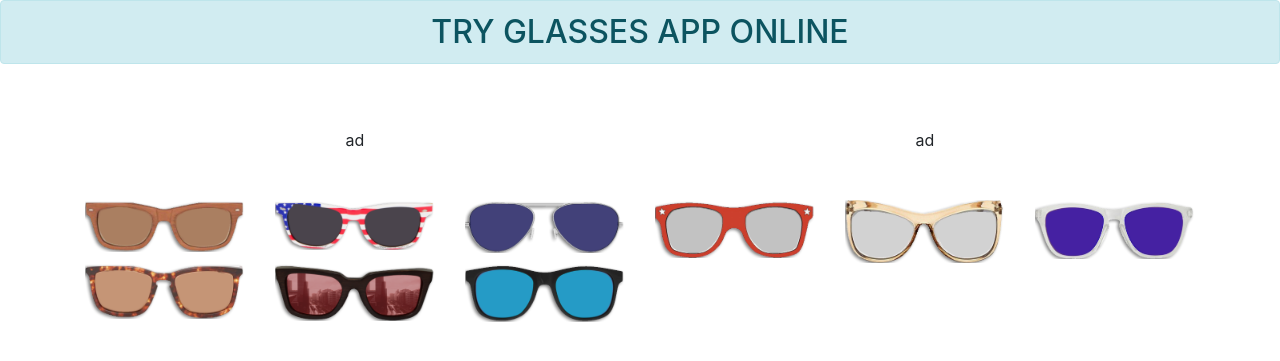
Repository: phongthanhh/ChoseGlass
Page: /
The author's editor kept a copy of each file at every save. The page is drawn from the files as they stood at one save, then again after the next save.
The browser window is 1280 px wide. The pictures show the whole page.
The project was rebuilt for these pictures with package versions that can differ from the ones it lists, and the page was loaded fresh each time.

Above is the page before, as saved 2022-12-25 15:35:13.

### public/index.html
<!DOCTYPE html>
<html lang="en">
  <head>
    <meta charset="utf-8" />
    <link rel="icon" href="%PUBLIC_URL%/favicon.ico" />
    <meta name="viewport" content="width=device-width, initial-scale=1" />
    <meta name="theme-color" content="#000000" />
    <meta
      name="description"
      content="Web site created using create-react-app"
    />

      <!-- Bootstrap CSS -->
      <link rel="stylesheet" href="https://stackpath.bootstrapcdn.com/bootstrap/4.3.1/css/bootstrap.min.css" integrity="sha384-ggOyR0iXCbMQv3Xipma34MD+dH/1fQ784/j6cY/iJTQUOhcWr7x9JvoRxT2MZw1T" crossorigin="anonymous">
    <link rel="apple-touch-icon" href="%PUBLIC_URL%/logo192.png" />
    <!--
      manifest.json provides metadata used when your web app is installed on a
      user's mobile device or desktop. See https://developers.google.com/web/fundamentals/web-app-manifest/
    -->
    <link rel="manifest" href="%PUBLIC_URL%/manifest.json" />
    <!--
      Notice the use of %PUBLIC_URL% in the tags above.
      It will be replaced with the URL of the `public` folder during the build.
      Only files inside the `public` folder can be referenced from the HTML.

      Unlike "/favicon.ico" or "favicon.ico", "%PUBLIC_URL%/favicon.ico" will
      work correctly both with client-side routing and a non-root public URL.
      Learn how to configure a non-root public URL by running `npm run build`.
    -->
    <title>React App</title>
  </head>
  <body>
    <noscript>You need to enable JavaScript to run this app.</noscript>
    <div id="root"></div>
    <!--
      This HTML file is a template.
      If you open it directly in the browser, you will see an empty page.

      You can add webfonts, meta tags, or analytics to this file.
      The build step will place the bundled scripts into the <body> tag.

      To begin the development, run `npm start` or `yarn start`.
      To create a production bundle, use `npm run build` or `yarn build`.
    -->

     <!-- Optional JavaScript -->
    <!-- jQuery first, then Popper.js, then Bootstrap JS -->
    <script src="https://code.jquery.com/jquery-3.3.1.slim.min.js" integrity="sha384-q8i/X+965DzO0rT7abK41JStQIAqVgRVzpbzo5smXKp4YfRvH+8abtTE1Pi6jizo" crossorigin="anonymous"></script>
    <script src="https://cdnjs.cloudflare.com/ajax/libs/popper.js/1.14.7/umd/popper.min.js" integrity="sha384-UO2eT0CpHqdSJQ6hJty5KVphtPhzWj9WO1clHTMGa3JDZwrnQq4sF86dIHNDz0W1" crossorigin="anonymous"></script>
    <script src="https://stackpath.bootstrapcdn.com/bootstrap/4.3.1/js/bootstrap.min.js" integrity="sha384-JjSmVgyd0p3pXB1rRibZUAYoIIy6OrQ6VrjIEaFf/nJGzIxFDsf4x0xIM+B07jRM" crossorigin="anonymous"></script>
  </body>
</html>

### src/App.js
import logo from './logo.svg';
import './App.css';
import BTGlass from './ChoseGlass/BTGlass';

function App() {
  return (
    <div className="App">
      <BTGlass />
    </div>
  );
}

export default App;

### src/ChoseGlass/BTGlass.jsx
import React, { Component } from 'react';

class BTGlass extends Component {

    listGlass = [
        {
            "id": 1,
            "price": 30,
            "name": "GUCCI G8850U",
            "url": "./img/v1.png",
            "desc": "Light pink square lenses define these sunglasses, ending with amother of pearl effect tip. "
        },
        {
            "id": 2,
            "price": 50,
            "name": "GUCCI G8759H",
            "url": "./img/v2.png",
            "desc": "Light pink square lenses define these sunglasses, ending with amother of pearl effect tip. "
        },
        {
            "id": 3,
            "price": 30,
            "name": "DIOR D6700HQ",
            "url": "./img/v3.png",
            "desc": "Light pink square lenses define these sunglasses, ending with amother of pearl effect tip. "
        },
        {
            "id": 4,
            "price": 70,
            "name": "DIOR D6005U",
            "url": "./img/v4.png",
            "desc": "Light pink square lenses define these sunglasses, ending with amother of pearl effect tip. "
        },
        {
            "id": 5,
            "price": 40,
            "name": "PRADA P8750",
            "url": "./img/v5.png",
            "desc": "Light pink square lenses define these sunglasses, ending with amother of pearl effect tip. "
        },
        {
            "id": 6,
            "price": 60,
            "name": "PRADA P9700",
            "url": "./img/v6.png",
            "desc": "Light pink square lenses define these sunglasses, ending with amother of pearl effect tip. "
        },
        {
            "id": 7,
            "price": 80,
            "name": "FENDI F8750",
            "url": "./img/v7.png",
            "desc": "Light pink square lenses define these sunglasses, ending with amother of pearl effect tip. "
        },
        {
            "id": 8,
            "price": 100,
            "name": "FENDI F8500",
            "url": "./img/v8.png",
            "desc": "Light pink square lenses define these sunglasses, ending with amother of pearl effect tip. "
        },
        {
            "id": 9,
            "price": 60,
            "name": "FENDI F4300",
            "url": "./img/v9.png",
            "desc": "Light pink square lenses define these sunglasses, ending with amother of pearl effect tip. "
        }
    ]

    renderListGlass = () => {
        return this.listGlass.map(glass => {
            return (
                <div className="col-2">
                    <img style={{ width: '100%' }} src={glass.url} alt="" />
                </div>
            )
        })
    }


    render() {
        return (
            <div>
                <section className='main'>
                    <h2 className='alert alert-info'>TRY GLASSES APP ONLINE</h2>
                    <div className="item container">
                        <div className="row py-5">
                            <div className="col-6">
                                <img src="" alt="" />
                                ad
                            </div>
                            <div className="col-6">
                                <img src="" alt="" />
                                ad
                            </div>
                        </div>
                        <div className="row">
                            {this.renderListGlass()}
                        </div>
                    </div>
                </section>
            </div>
        );
    }
}

export default BTGlass;

Loaded but not shown: src/index.js (common file); src/index.css (common file); src/reportWebVitals.js (common file); src/App.css (common file)

After the next save:
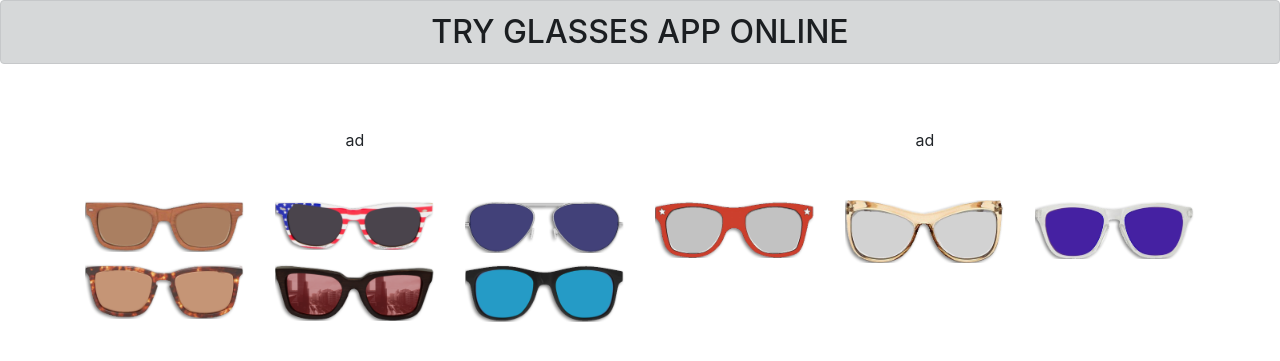
Saved 5 s later.
--- a/src/ChoseGlass/BTGlass.jsx
+++ b/src/ChoseGlass/BTGlass.jsx
@@ -83,7 +83,7 @@
         return (
             <div>
                 <section className='main'>
-                    <h2 className='alert alert-info'>TRY GLASSES APP ONLINE</h2>
+                    <h2 className='alert alert-dark'>TRY GLASSES APP ONLINE</h2>
                     <div className="item container">
                         <div className="row py-5">
                             <div className="col-6">

After the save that followed:
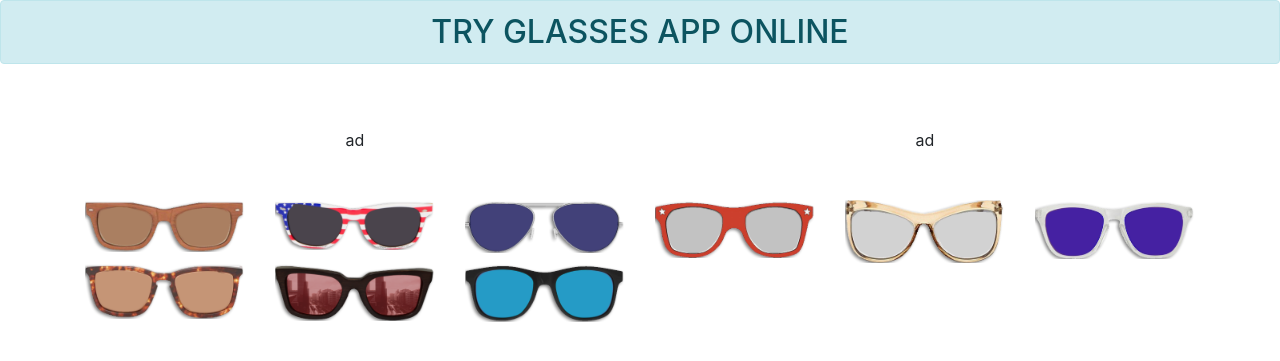
Saved 22 s later.
--- a/src/ChoseGlass/BTGlass.jsx
+++ b/src/ChoseGlass/BTGlass.jsx
@@ -83,7 +83,7 @@
         return (
             <div>
                 <section className='main'>
-                    <h2 className='alert alert-dark'>TRY GLASSES APP ONLINE</h2>
+                    <h2 className='alert alert-info'>TRY GLASSES APP ONLINE</h2>
                     <div className="item container">
                         <div className="row py-5">
                             <div className="col-6">
